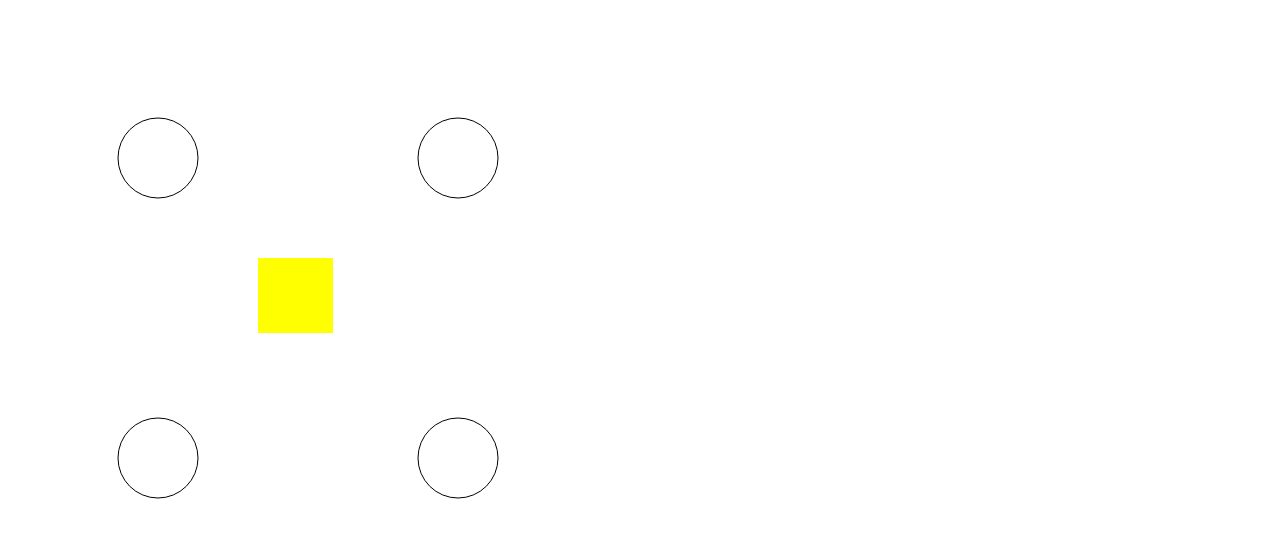
Repository: facio313/Python
Page: HELLO_PYTHON/day17/templates/canvas.html
The author's editor kept a copy of each file at every save. The page is drawn from the files as they stood at one save, then again after the next save.
The browser window is 1280 px wide. The pictures show the whole page.

Above is the page before, as saved 2022-12-15 10:41:12.

After the next save:
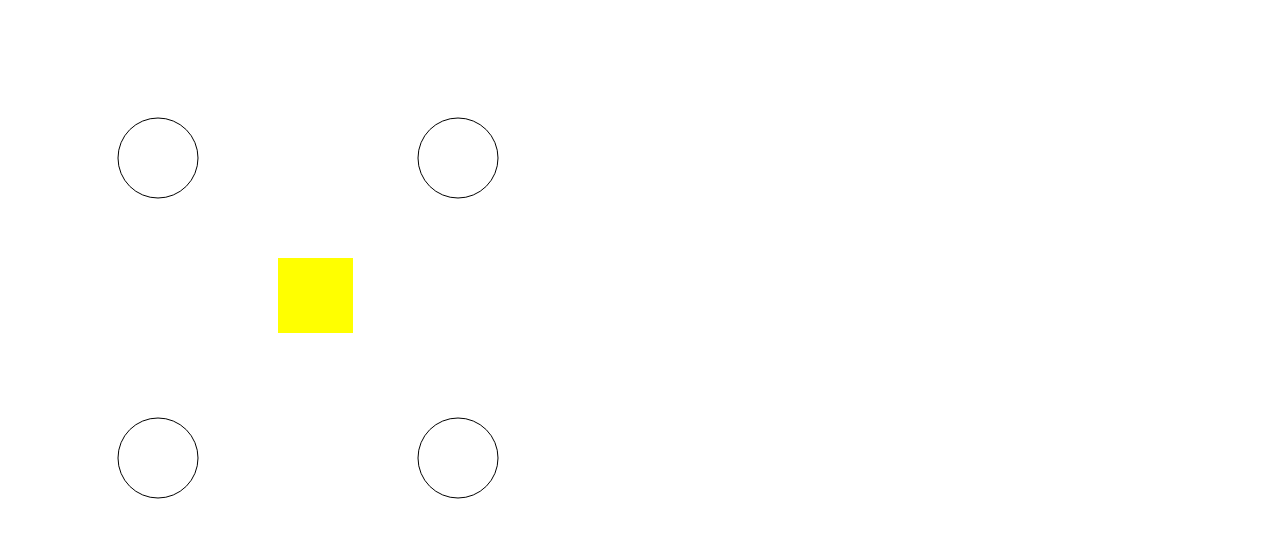
Saved 5 s later.
--- a/HELLO_PYTHON/day17/templates/canvas.html
+++ b/HELLO_PYTHON/day17/templates/canvas.html
@@ -27,7 +27,7 @@ function loader(){
 	ctx.stroke();
 
 	ctx.fillStyle = "rgba(255, 255, 0, 1)";
-	ctx.fillRect (250, 250, 75, 75);
+	ctx.fillRect (270, 250, 75, 75);
 }
 </script>
 
